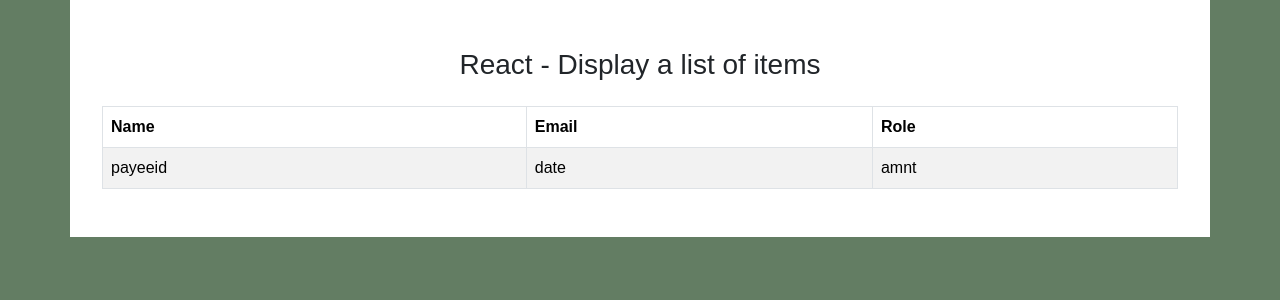
Repository: ryangen97/TT4_Group12
Page: / (app in dbsseed/)
The author's editor kept a copy of each file at every save. The page is drawn from the files as they stood at one save, then again after the next save.
The browser window is 1280 px wide. The pictures show the whole page.
The project was rebuilt for these pictures with package versions that can differ from the ones it lists, and the page was loaded fresh each time. Also part of the build but not shown: dbsseed/src/Login.js.

Above is the page before, as saved 2021-05-07 12:43:51.

After the next save:
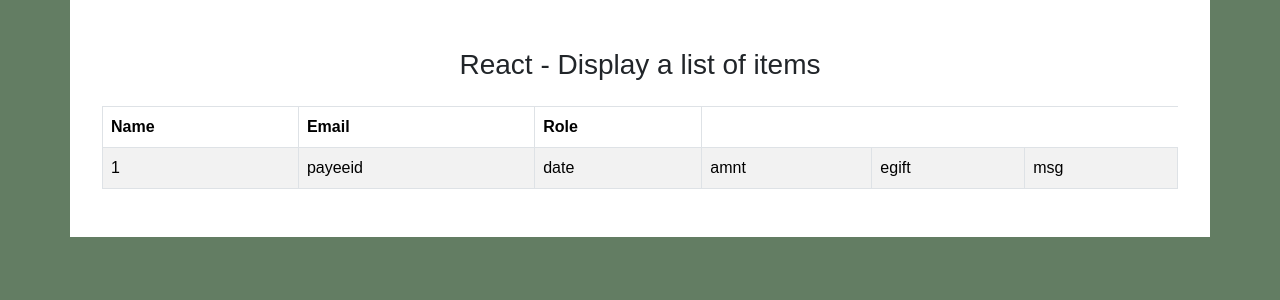
Saved 58 s later.
--- a/dbsseed/src/transactionhistory.js
+++ b/dbsseed/src/transactionhistory.js
@@ -19,9 +19,13 @@ function TransactionHistory() {
                 <tbody>
                     {users && users.map(user =>
                         <tr key={user.custID}>
-                            <td>{user.payeeID} </td>
+                            <td>{user.custID} </td>
+                            <td>{user.payeeID}</td>
                             <td>{user.date}</td>
                             <td>{user.amount}</td>
+                            <td>{user.eGift}</td>
+                            <td>{user.message}</td>
+
                         </tr>
                     )}
                 </tbody>
